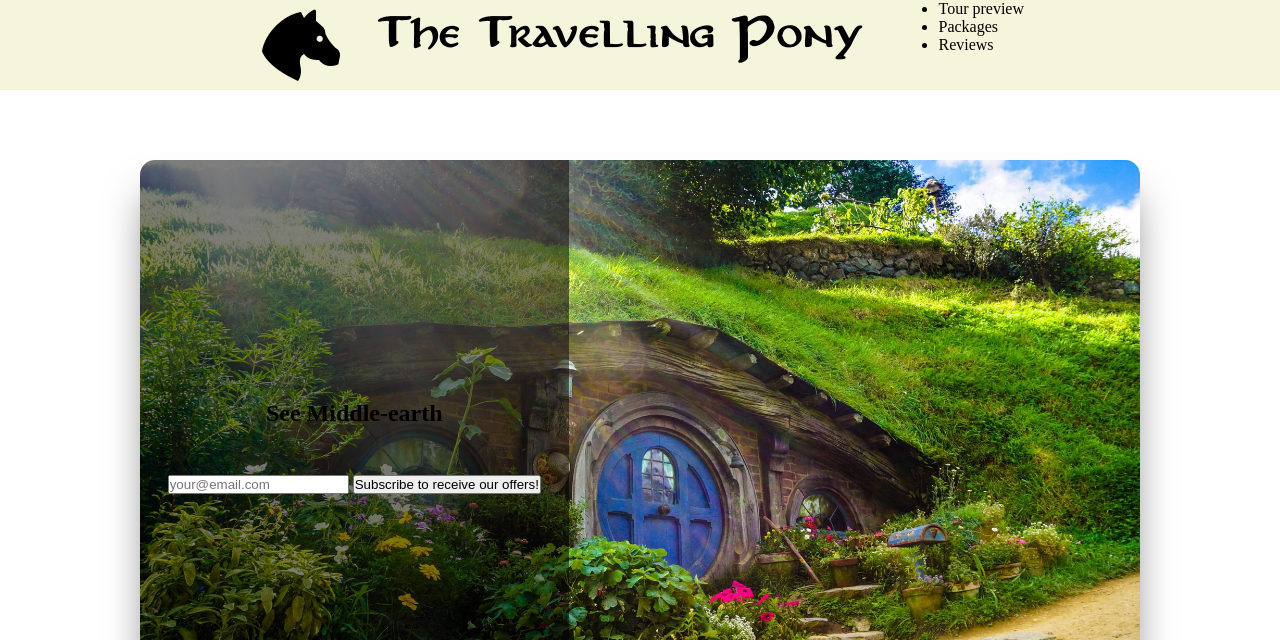
Repository: Colo-Codes/freecodecamp-03-Product-Landing-Page
Page: index.html
The author's editor kept a copy of each file at every save. The page is drawn from the files as they stood at one save, then again after the next save.
The browser window is 1280 px wide. The pictures show the part of the page from y = 0 to 640 px (the page is 1033 px tall).
A picture or video elsewhere on the page could not be fetched, so the positions and the page height are approximate.

Above is the page before, as saved 2021-05-19 18:23:16.

### index.html
<!DOCTYPE html>
<html lang="en">
<head>
    <meta charset="UTF-8">
    <meta http-equiv="X-UA-Compatible" content="IE=edge">
    <meta name="viewport" content="width=device-width, initial-scale=1.0">
    <link rel="stylesheet" href="./resources/css/index.css" type="text/css">
    <title>Product Landing Page</title>
</head>
<body>
    <header id="header">
        <img src="./resources/img/pony-logo.png" alt="Pony head logo" id="header-img"> <!-- this should be a logo -->
        <h1>The Travelling Pony</h1>
        <nav id="nav-bar"> <!-- fixed at top -->
            <!-- at least 3 elements with class "nav-link" -->
            <!-- When I click a .nav-link button in the nav element, I am taken to the corresponding section of the landing page. -->
            <ul>
                <li>Tour preview</li>
                <li>Packages</li>
                <li>Reviews</li>
            </ul>
        </nav>
    </header>

    <section id="subscribe">
        <h2>See Middle-earth</h2>
        <form action="https://www.freecodecamp.com/email-submit" id="form" method="POST">
            <input type="email" id="email" placeholder="your@email.com" required> <!-- validate -->
            <input type="submit" id="submit" value="Subscribe to receive our offers!">
        </form>
    </section>

    <section id="tour-preview">
        <h2>Wartch a preview of the tours we offer</h2>
        <video src="https://www.youtube.com/watch?v=8oXedDVaK4Q" id="video">
        </video> <!-- embedded video -->
    </section>

    <section id="tour-packages">
        <h2>These are our tour packages</h2>
        <div id="the-shire"><h3>The Shire</h3></div>
        <div id="rivendell"><h3>Rivendell</h3></div>
        <div id="mordor"><h3>Mordor</h3></div>
    </section>

    <section id="reviews">
        <h2>What our customers say about out tours</h2>
        <div><p>Review 1</p></div>
        <div><p>Review 2</p></div>
        <div><p>Review 3</p></div>
    </section>

    <footer>
        <p>By Damian Demasi &copy;</p>
    </footer>
</body>
</html>

### resources/css/index.css
/* My product landing page should have at least one media query. */
/* My product landing page should utilize CSS flexbox at least once.  */
@font-face {
    font-family: 'Aniron';
    src: url(../fonts/aniron-font/Aniron-7BaP.ttf);
}

html {
    box-sizing: border-box;
    font-size: 16px;
}
*, *:before, *:after {
    box-sizing: inherit;
	margin: 0;
	padding: 0;
}

/* Header */
header {
    position: fixed; /* on top */
    top: 0; /* on top */
    display: flex;
    width: 100%; /* TODO media query */
    justify-content: center;
    background-color: beige;
    flex-flow: wrap;
}
header img {
    margin-left: 20%; /* TODO media query */
}
header h1 {
    font-family: 'Aniron', serif;
    font-size: 2rem;
    margin-left: 2rem;
}
header p {
    order: 1;
}
nav {
    margin-left: auto;
    margin-right: 20%; /* TODO media query */
}
/* Subscribe */
#subscribe {
    display: grid;
    grid-template: 1fr 1fr / .75fr 1fr;
    width: 1000px; /* TODO media query */
    height: 500px; /* TODO media query */
    margin: 10rem auto 0;
    background-image: url(../img/andres-iga-7XKkJVw1d8c-unsplash.jpg);
    background-size: cover;
    background-repeat: no-repeat;
    border-radius: 15px;
    justify-items: center;
    align-items: center;
    box-shadow: rgba(0, 0, 0, 0.5) 0px 30px 40px -7px;
}
#subscribe h2 {
    grid-area: 1/1/2/2;
    background-color: rgba(0,0,0,.5);
    width: 100%;
    height: 100%;
    padding-top: 15rem;
    text-align: center;
    border-radius: 15px 0 0 0;
}
#subscribe form {
    grid-area: 2/1/3/2;
    background-color: rgba(0,0,0,.5);
    width: 100%;
    height: 100%;
    padding-top: 3rem;
    text-align: center;
    border-radius: 0 0 0 15px;
}

After the next save:
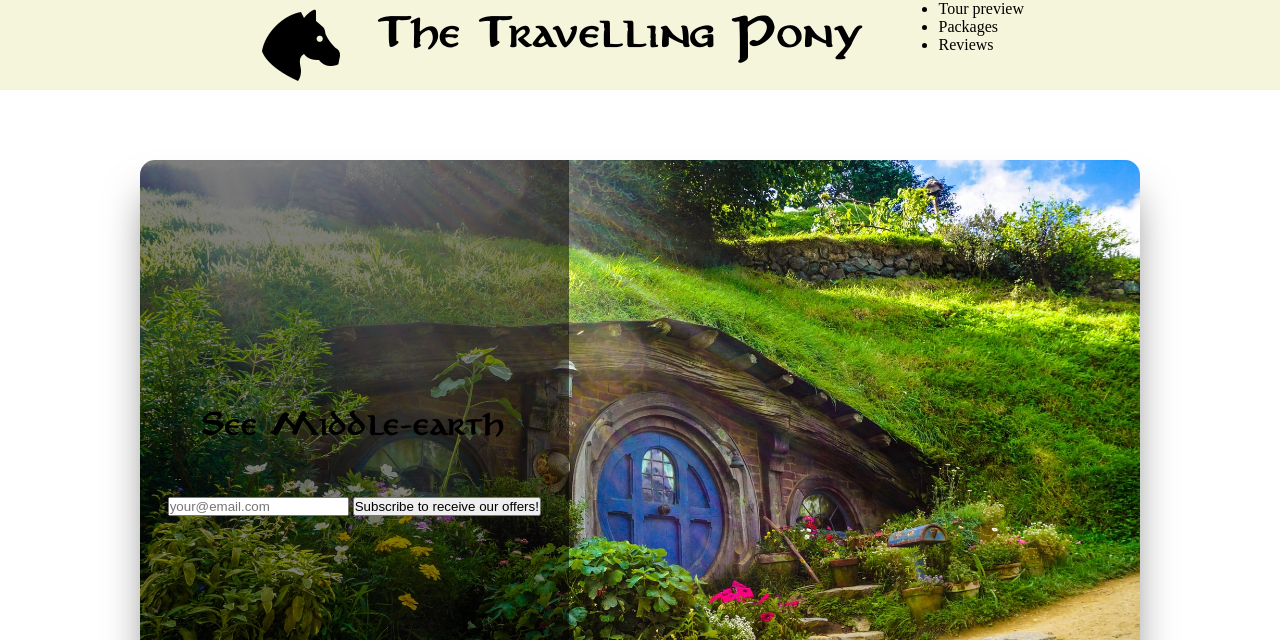
Saved 2 min 21 s later.
--- a/resources/css/index.css
+++ b/resources/css/index.css
@@ -63,6 +63,7 @@
     padding-top: 15rem;
     text-align: center;
     border-radius: 15px 0 0 0;
+    font-family: 'Aniron', serif;
 }
 #subscribe form {
     grid-area: 2/1/3/2;
